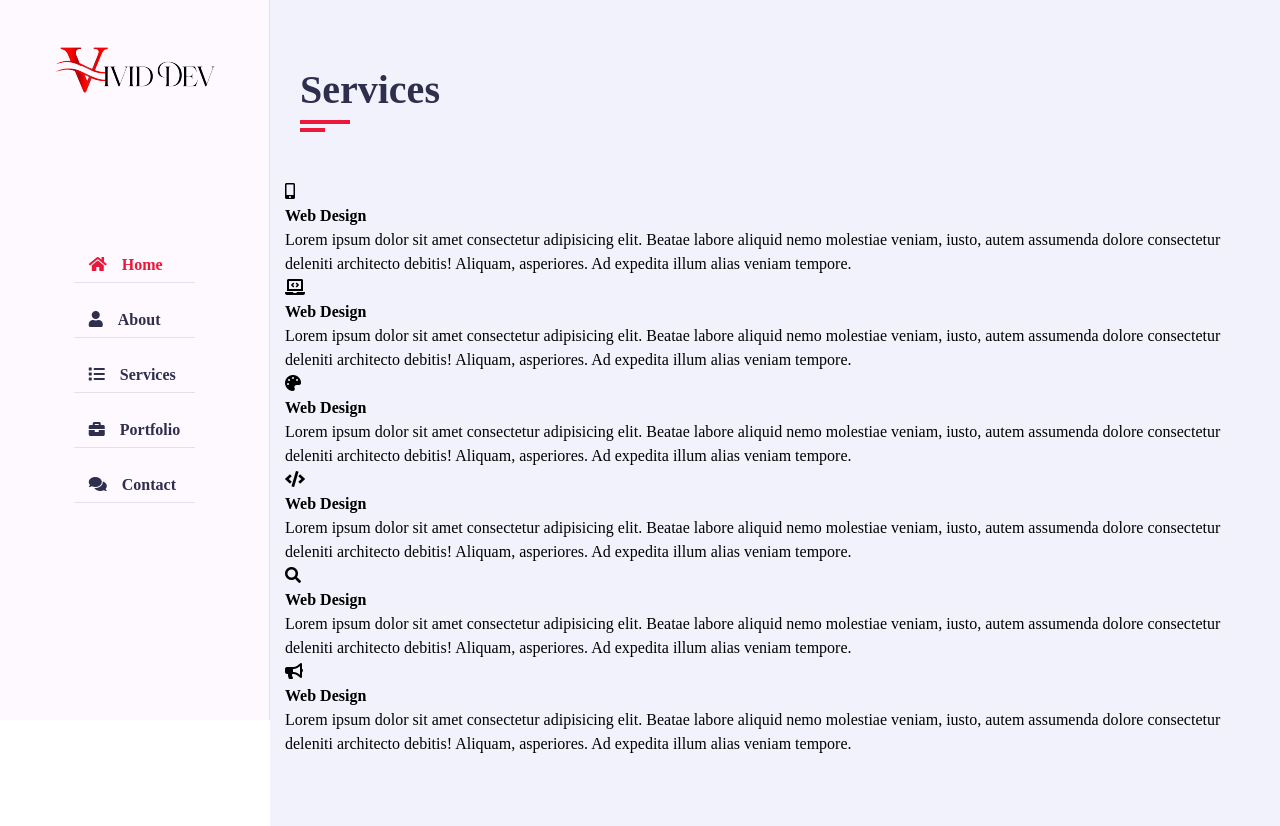
Repository: Big-Fave1/vivid-dev-portfolio
Page: build/index.html
An editor plug-in stored every save of this project. The page is shown before and after the next save, followed by the edit.
The browser window is 1280 px wide. The pictures show the whole page.
Some web fonts or font styles are not loaded; a fallback is used.

Above is the page before, as saved 2025-06-02 10:13:06.

### build/index.html
<!DOCTYPE html>
<html lang="en">
<head>
    <meta charset="UTF-8">
    <meta name="viewport" content="width=device-width, initial-scale=1.0">
    <title>Vivid Dev Portfolio</title>
    <link rel="stylesheet" href="css/style.css">
    <link rel="stylesheet" href="css/color-1.css">
    <link rel="stylesheet" href="https://cdnjs.cloudflare.com/ajax/libs/font-awesome/5.15.4/css/all.min.css">
</head>
<body>
    <!--- ==== main container Start==== -->
    <div class="main-container"></div>
    <!--- ==== Aside Start === -->
    <div class="aside">
        <div class="logo">
        <a href="#"><img src="img/vivid 3.png" alt=""></a>
        </div>
        <div class="nav-toggler">
            <i class="fa fa-bars" aria-hidden="true"></i>
        </div>
        <ul class="nav">
            <li><a href="#" class="active"><i class="fa fa-home"></i>Home</a></li>
            <li><a href="#"><i class="fa fa-user"></i>About</a></li>
            <li><a href="#"><i class="fa fa-list"></i>Services</a></li>
            <li><a href="#"><i class="fa fa-briefcase"></i>Portfolio</a></li>
            <li><a href="#"><i class="fa fa-comments"></i>Contact</a></li>
        </ul>
    </div>
    <!--- ==== Aside End === -->
    <!--- ==== Main content Start === -->
    <div class="main-content">
        <!--- === Home Section Start === -->
        <section class="home section hidden">
            <div class="container">
                <div class="row">
                    <div class="home-info padd-15">
                        <h3 class="hello">Hello, my name is <span class="name">Favour Chimdiogo</span></h3>
                        <h3 class="my-profession">I'm a <Span class="typing">Web Developer</Span></h3>
                        <p>I'm a web designer with extensive experience for over a year.My expertise is to create a website design, and many more...</p>
                    <a href="#contact" class="btn hire-me">Hire Me</a>
                    </div>
                    <div class="home-img padd-15">
                        <img src="img/home image.jpg" alt="">
                    </div>
                </div>
            </div>
        </section>
    <!--- === Home Section End === -->
    <!--- === About  Section Start === -->
        <section class="about section hidden">
            <div class="container">
                <div class="row">
                    <div class="section-title padd-15">
                        <h2>About Me</h2>
                    </div>
                </div>
                <div class="row">
                    <div class="about-content padd-15">
                        <div class="row">
                            <div class="about-text padd-15">
                                <h3>I'm Favour Chimdiogo a <span>Web Developer</span></h3>
                                <p>Lorem ipsum dolor, sit amet consectetur adipisicing elit. Eos aperiam doloribus eligendi nulla temporibus quam incidunt qui molestiae, maxime id, suscipit sit alias recusandae iure expedita minima aliquam quos quisquam.</p>
                            </div>
                        </div>
                        <div class="row">
                            <div class="personal-info padd-15">
                                <div class="row">
                                    <div class="info-item padd-15">
                                        <p>Birthday : <span>09 April 2005</span></p>
                                    </div>
                                    <div class="info-item padd-15">
                                        <p>Age : <span>20</span></p>
                                    </div>
                                    <div class="info-item padd-15">
                                        <p>website : <span>www.domain.com</span></p>
                                    </div>
                                    <div class="info-item padd-15">
                                        <p>Email : <span>osonduf33@gmail.com</span></p>
                                    </div>
                                    <div class="info-item padd-15">
                                        <p>Phone : <span>+ 234 8124 298 332</span></p>
                                    </div>
                                    <div class="info-item padd-15">
                                        <p>Country : <span>Nigeria</span></p>
                                    </div>
                                    <div class="info-item padd-15">
                                        <p>Freelance : <span>Available</span></p>
                                    </div>
                                </div>
                                <div class="row">
                                    <div class="buttons padd-15">
                                        <a href="#" class="btn">Download CV</a>
                                        <a href="#contact" class="btn hire-me padd-15">Hire Me</a>
                                    </div>
                                </div>
                            </div>
                            <div class="skills padd-15">
                                <div class="row">
                                    <div class="skill-item  padd-15">
                                        <h5>JS</h5>
                                        <div class="progress">
                                            <div class="progress-in" style="width: 86%;"></div>
                                            <div class="skill-percent">86%</div>
                                        </div>
                                    </div>
                                    <div class="skill-item  padd-15">
                                        <h5>CSS</h5>
                                        <div class="progress">
                                            <div class="progress-in" style="width: 96%;"></div>
                                            <div class="skill-percent">96%</div>
                                        </div>
                                    </div>
                                    <div class="skill-item  padd-15">
                                        <h5>HTML</h5>
                                        <div class="progress">
                                            <div class="progress-in" style="width: 98%;"></div>
                                            <div class="skill-percent">98%</div>
                                        </div>
                                    </div>
                                </div>
                            </div>
                        </div>
                        <div class="row">
                            <div class="education padd-15">
                                <h3 class="title">Education</h3>
                                <div class="row">
                                    <div class="timeline-box padd-15">
                                        <div class="timeline shadow-dark">
                                            <!-- ===== timeline item ==== -->
                                             <div class="timeline-item">
                                                <div class="circle-dot"></div>
                                                <h3 class="timeline-date">
                                                    <i class="fa fa-calendar"></i> 2022 - 2025
                                                </h3>
                                                <h4 class="timeline-title">Master in computer Science</h4>
                                                <p class="timeline-text">Lorem ipsum, dolor sit amet consectetur adipisicing elit. Quae, dolorum minus. Nostrum labore dignissimos saepe sunt dolore totam illo magni temporibus, repellendus porro facilis deleniti. Vero qui mollitia labore distinctio.</p>
                                             </div>
                                        </div>
                                    </div>
                                </div>
                            </div>
                            <div class="experience padd-15">
                                <h3 class="title">Experience</h3>
                                <div class="row">
                                    <div class="timeline-box padd-15">
                                        <div class="timeline shadow-dark">
                                            <!-- ===== timeline item ==== -->
                                             <div class="timeline-item">
                                                <div class="circle-dot"></div>
                                                <h3 class="timeline-date">
                                                    <i class="fa fa-calendar"></i> 2022 - 2025
                                                </h3>
                                                <h4 class="timeline-title">Master in computer Science</h4>
                                                <p class="timeline-text">Lorem ipsum, dolor sit amet consectetur adipisicing elit. Quae, dolorum minus. Nostrum labore dignissimos saepe sunt dolore totam illo magni temporibus, repellendus porro facilis deleniti. Vero qui mollitia labore distinctio.</p>
                                             </div>
                                        </div>
                                    </div>
                                </div>
                            </div>
                        </div>
                    </div>
                </div>
            </div>
        </section>
    <!--- === About  Section End === -->
    <!--- === Services Section Start === -->
        <section class="service section">
            <div class="container">
                <div class="row">
                    <div class="section-title padd-15">
                        <h2>Services</h2>
                    </div>
                </div>
                <div class="row">
                    <!--- ==== Services item Start ==== -->
                    <div class="service-item">
                        <div class="seervice-item-inner">
                            <div class="icon">
                                <i class="fa fa-mobile-alt"></i>
                            </div>
                            <h4>Web Design</h4>
                            <p>Lorem ipsum dolor sit amet consectetur adipisicing elit. Beatae labore aliquid nemo molestiae veniam, iusto, autem assumenda dolore consectetur deleniti architecto debitis! Aliquam, asperiores. Ad expedita illum alias veniam tempore.</p>
                        </div>
                    </div>
                    <!--- ==== Services item End ==== -->
                    <!--- ==== Services item Start ==== -->
                    <div class="service-item">
                        <div class="seervice-item-inner">
                            <div class="icon">
                                <i class="fa fa-laptop-code"></i>
                            </div>
                            <h4>Web Design</h4>
                            <p>Lorem ipsum dolor sit amet consectetur adipisicing elit. Beatae labore aliquid nemo molestiae veniam, iusto, autem assumenda dolore consectetur deleniti architecto debitis! Aliquam, asperiores. Ad expedita illum alias veniam tempore.</p>
                        </div>
                    </div>
                    <!--- ==== Services item End ==== -->
                    <!--- ==== Services item Start ==== -->
                    <div class="service-item">
                        <div class="seervice-item-inner">
                            <div class="icon">
                                <i class="fa fa-palette"></i>
                            </div>
                            <h4>Web Design</h4>
                            <p>Lorem ipsum dolor sit amet consectetur adipisicing elit. Beatae labore aliquid nemo molestiae veniam, iusto, autem assumenda dolore consectetur deleniti architecto debitis! Aliquam, asperiores. Ad expedita illum alias veniam tempore.</p>
                        </div>
                    </div>
                    <!--- ==== Services item End ==== -->
                    <!--- ==== Services item Start ==== -->
                    <div class="service-item">
                        <div class="seervice-item-inner">
                            <div class="icon">
                                <i class="fa fa-code"></i>
                            </div>
                            <h4>Web Design</h4>
                            <p>Lorem ipsum dolor sit amet consectetur adipisicing elit. Beatae labore aliquid nemo molestiae veniam, iusto, autem assumenda dolore consectetur deleniti architecto debitis! Aliquam, asperiores. Ad expedita illum alias veniam tempore.</p>
                        </div>
                    </div>
                    <!--- ==== Services item End ==== -->
                    <!--- ==== Services item Start ==== -->
                    <div class="service-item">
                        <div class="seervice-item-inner">
                            <div class="icon">
                                <i class="fa fa-search"></i>
                            </div>
                            <h4>Web Design</h4>
                            <p>Lorem ipsum dolor sit amet consectetur adipisicing elit. Beatae labore aliquid nemo molestiae veniam, iusto, autem assumenda dolore consectetur deleniti architecto debitis! Aliquam, asperiores. Ad expedita illum alias veniam tempore.</p>
                        </div>
                    </div>
                    <!--- ==== Services item End ==== -->
                    <!--- ==== Services item Start ==== -->
                    <div class="service-item">
                        <div class="seervice-item-inner">
                            <div class="icon">
                                <i class="fa fa-bullhorn"></i>
                            </div>
                            <h4>Web Design</h4>
                            <p>Lorem ipsum dolor sit amet consectetur adipisicing elit. Beatae labore aliquid nemo molestiae veniam, iusto, autem assumenda dolore consectetur deleniti architecto debitis! Aliquam, asperiores. Ad expedita illum alias veniam tempore.</p>
                        </div>
                    </div>
                    <!--- ==== Services item End ==== -->
                </div>
            </div>

        </section>
    <!--- === Services Section End === -->
    </div>
    <!--- ==== Main content End === -->
    <!--- ====main container End === -->
</body>
</html>

### build/css/color-1.css

:root
{
    --skin-color:#ec1839;
}

Loaded but not shown: build/css/style.css (498 lines, source omitted)

After the next save:
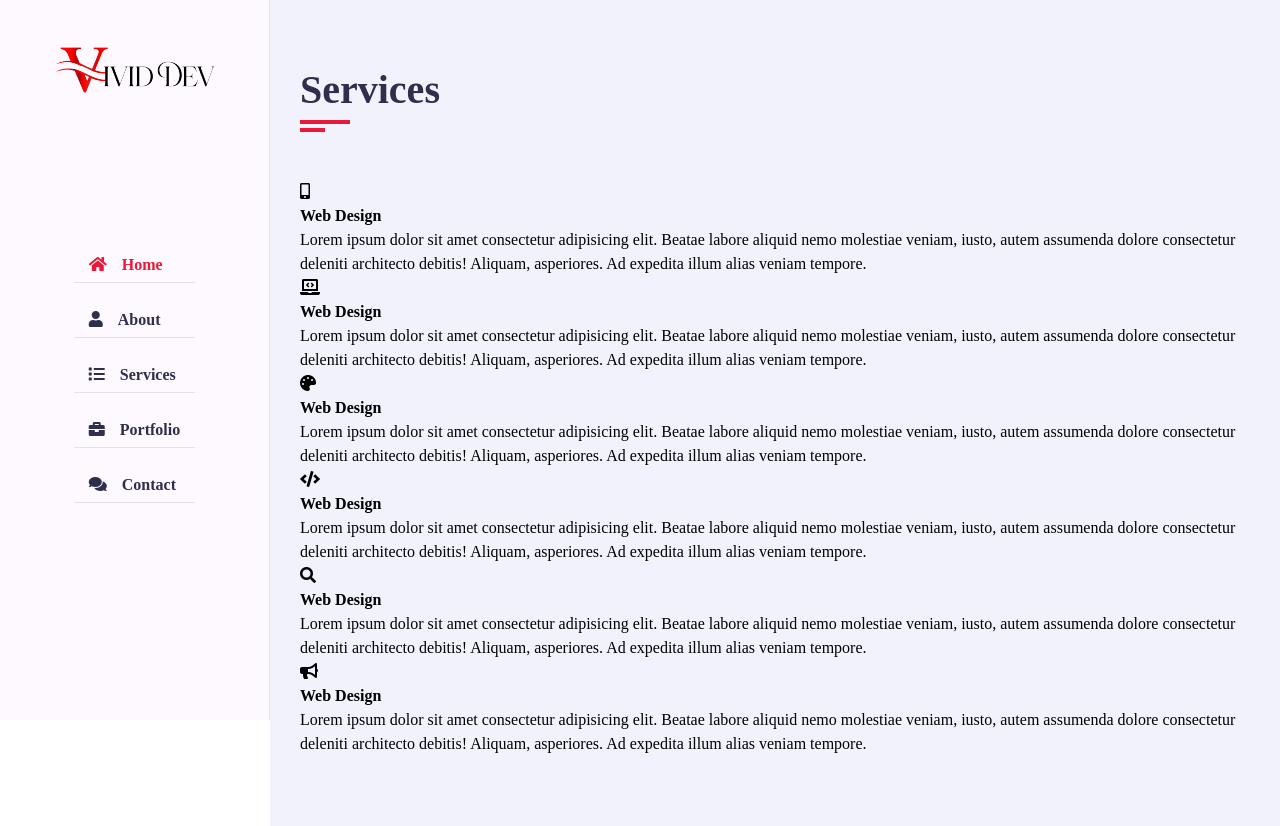
Saved 66 s later.
--- a/build/index.html
+++ b/build/index.html
@@ -174,7 +174,7 @@
                 </div>
                 <div class="row">
                     <!--- ==== Services item Start ==== -->
-                    <div class="service-item">
+                    <div class="service-item padd-15">
                         <div class="seervice-item-inner">
                             <div class="icon">
                                 <i class="fa fa-mobile-alt"></i>
@@ -185,7 +185,7 @@
                     </div>
                     <!--- ==== Services item End ==== -->
                     <!--- ==== Services item Start ==== -->
-                    <div class="service-item">
+                    <div class="service-item padd-15">
                         <div class="seervice-item-inner">
                             <div class="icon">
                                 <i class="fa fa-laptop-code"></i>
@@ -196,7 +196,7 @@
                     </div>
                     <!--- ==== Services item End ==== -->
                     <!--- ==== Services item Start ==== -->
-                    <div class="service-item">
+                    <div class="service-item padd-15">
                         <div class="seervice-item-inner">
                             <div class="icon">
                                 <i class="fa fa-palette"></i>
@@ -207,7 +207,7 @@
                     </div>
                     <!--- ==== Services item End ==== -->
                     <!--- ==== Services item Start ==== -->
-                    <div class="service-item">
+                    <div class="service-item padd-15">
                         <div class="seervice-item-inner">
                             <div class="icon">
                                 <i class="fa fa-code"></i>
@@ -218,7 +218,7 @@
                     </div>
                     <!--- ==== Services item End ==== -->
                     <!--- ==== Services item Start ==== -->
-                    <div class="service-item">
+                    <div class="service-item padd-15">
                         <div class="seervice-item-inner">
                             <div class="icon">
                                 <i class="fa fa-search"></i>
@@ -229,7 +229,7 @@
                     </div>
                     <!--- ==== Services item End ==== -->
                     <!--- ==== Services item Start ==== -->
-                    <div class="service-item">
+                    <div class="service-item padd-15">
                         <div class="seervice-item-inner">
                             <div class="icon">
                                 <i class="fa fa-bullhorn"></i>
